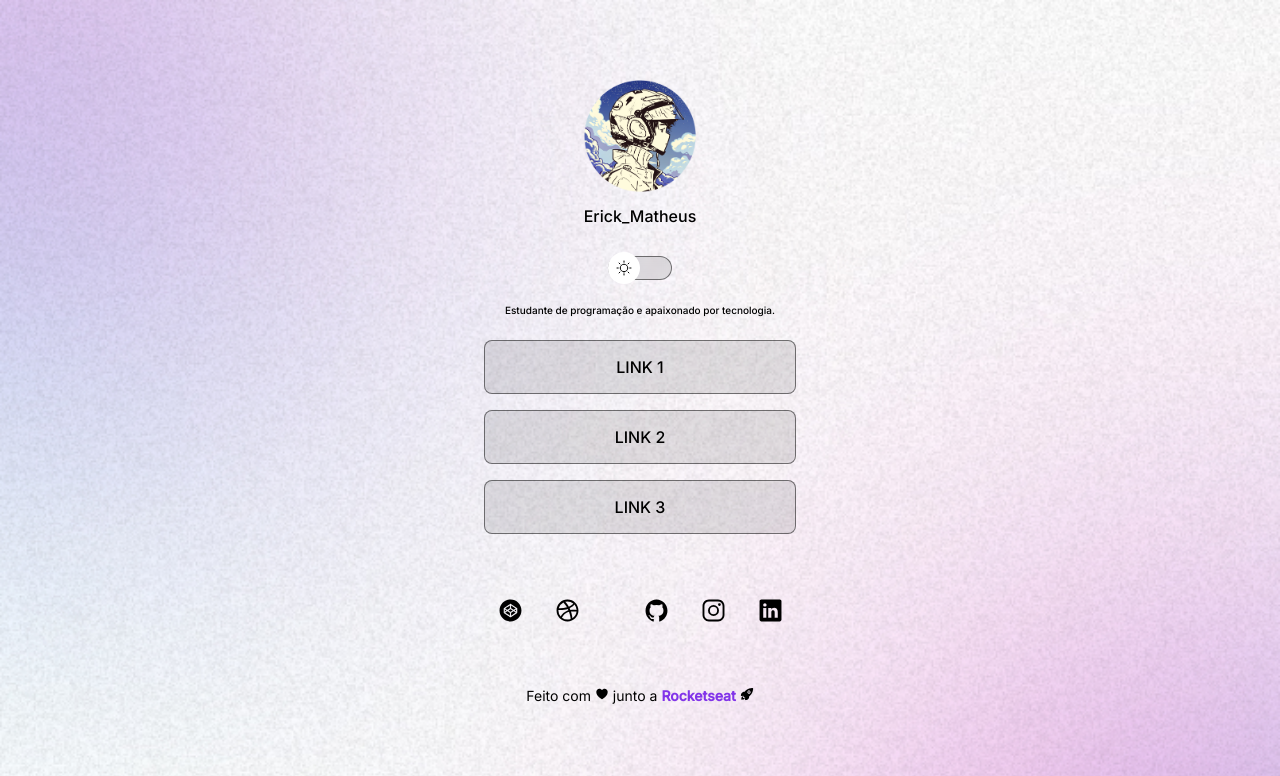
Repository: e-rickmatheus/project_dev_links
Page: index.html
These files come from the project's save history. The page is drawn as it stood at one moment and after a run of saves; the edit follows.
The browser window is 1280 px wide. The pictures show the whole page.

Above is the page before, as saved 2025-04-11 17:42:28.

### index.html
<!DOCTYPE html>
<html lang="pt-BR" class="light-theme">
<head>

<link rel="preconnect" href="https://fonts.googleapis.com">
<link rel="preconnect" href="https://fonts.gstatic.com" crossorigin>
<link href="https://fonts.googleapis.com/css2?family=Inter:wght@400;500&display=swap" rel="stylesheet">
  <meta charset="UTF-8">
  <meta name="viewport" content="width=device-width, initial-scale=1.0">
  <title>DEV_ Links</title>
  <link rel="stylesheet" href="./style.css">
  <a></a>
</head>
<body>

  <div id="container">
    <div id="profile">
      <img id="avatar" src="./assets/avatar-pilot-day.png" alt="avatar-light">
      <p>Erick_Matheus</p>
    </div>
    <div id="switch" onclick= "toggleTheme()">
      <button></button>
      <span></span>
    </div>
     <br>
    <div id="description">

      Estudante de programação e apaixonado por tecnologia.

    </div>
  <ul>
    <li>
      <a href="#" target="_blank">LINK 1</a>
    </li>
    <li>
        <a href="#" target="_blank">LINK 2 </a>
    </li>
    <li>
        <a href="#" target="_blank">LINK 3</a>
    </li>
  </ul>
  <div id="social-links">
    <!-- <ion-icon name="logo-behance"></ion-icon> -->
    <a href="https://codepen.io/erick_matheus" target="_blank">
      <ion-icon name="logo-codepen"></ion-icon>
    </a>

    <a href="https://dribbble.com/erick_matheus" target="_blank">
      <ion-icon name="logo-dribbble"></ion-icon>
    </a>

        <a href="https://duolingo.com/profile/fuckyeahrick" target="_blank">
    <a href="https://github.com/e-rickmatheus" target="_blank">
      <ion-icon name="logo-github"></ion-icon>
    </a>

    <a href="https://instagram.com/fuckyeahrick" target="_blank">
      <ion-icon name="logo-instagram"></ion-icon>
    </a>

    <a href="https://linkedin.com/in/e-rickmatheus/" target="_blank">
      <ion-icon name="logo-linkedin"></ion-icon>
    </a>


    <!-- <ion-icon name="logo-medium"></ion-icon> -->
    <!-- <ion-icon name="logo-whatsapp"></ion-icon> -->
  </div>

  <footer>
    Feito com <ion-icon name="heart"></ion-icon>
    junto a <a id="rocketseat" href="https://rocketseat.com.br/" target="_blank">Rocketseat</a>   <ion-icon name="rocket"></ion-icon>
  </footer>
  </div>

<script type="module" src="https://cdn.jsdelivr.net/npm/ionicons@7.1.0/dist/ionicons/ionicons.esm.js"></script>
<script nomodule src="https://cdn.jsdelivr.net/npm/ionicons@7.1.0/dist/ionicons/ionicons.js"></script>
<script src="./script.js"></script>
</body>

</html>

### style.css
* {  /* *: todos os elementos */
  margin: 0;
  padding: 0;
  box-sizing: border-box; /* border-box: altura e largura do elemento é o mesmo que o tamanho definido */

}


:root {
  --text-color: white; /* cor do texto */
  --bg-url: url(./assets/bg-mobile.jpg); /* url da imagem de fundo */
  --stroke-color: rgba(255, 255, 255, 0.5); /* cor do contorno */
  --surface-color: rgba(255, 255, 255, 0.1); /* cor da superfície */
  --surface-color-hover: rgba(255, 255, 255, 0.2); /* cor da superfície ao passar o mouse */
  --social-links-color-hover: rgba(255, 255, 255, 0.2); /* cor do link ao passar o mouse */
  --switch-thema-url: url(./assets/moon-stars.svg);
}

.light-theme { /* tema claro */
  --text-color: black; /* cor do texto */
  --bg-url: url(./assets/bg-mobile-light.jpg); /* url da imagem de fundo */
  --stroke-color: rgba(0, 0, 0, 0.5); /* cor do contorno */
  --surface-color: rgba(0, 0, 0, 0.1); /* cor da superfície */
  --surface-color-hover: rgba(0, 0, 0, 0.2); /* cor da superfície ao passar o mouse */
  --social-links-color-hover: rgba(0, 0, 0, 0.2); /* cor do link ao passar o mouse */
  --switch-thema-url: url(./assets/sun.svg);
}

html, body {
  height: 100%; /* altura do html e body */
  width: 100%; /* largura do html e body */
}

body { /* body: corpo do documento */
  /*
  background-image: url(./assets/bg-mobile.jpg);
  background-repeat: no-repeat;
  background-position: top center;
  background-size: cover;
  */

  /* BACKGROUND GRADIENT
   background-image:  linear-gradient(
        45deg,
        hsl(201deg 37% 81%) 0%,
        hsl(202deg 39% 77%) 8%,
        hsl(204deg 40% 72%) 17%,
        hsl(206deg 41% 68%) 25%,
        hsl(207deg 42% 64%) 33%,
        hsl(209deg 42% 60%) 41%,
        hsl(210deg 42% 56%) 50%,
        hsl(212deg 41% 53%) 58%,
        hsl(214deg 41% 49%) 66%,
        hsl(217deg 45% 46%) 75%,
        hsl(219deg 48% 43%) 83%,
        hsl(223deg 50% 40%) 92%,
        hsl(228deg 51% 38%) 100%
    );
    */
    background-repeat: no-repeat; /* repetição da imagem */
    background-position: top center; /* posição da imagem */
    background-size: 100% 100%; /* tamanho da imagem */
  background: var(--bg-url) no-repeat top center/cover;
  /* background: cor imagem repetição posição/tamanho */
}

body * { /* todos os elementos dentro do body */
  font-family: 'Inter', sans-serif;
  color: var(--text-color); /* cor do texto */


}

#container {
  width:  360px;
  margin: 56px auto 0px;
  display: block;
  padding: 0 24px;
}

/*PROFILE*/
#profile {
  text-align: center;
  padding: 24px;
}

#profile img {
  width: 112px;
}

#profile p {
  font-weight: 500;
  line-height: 24px;
  margin-top: 8px;
}

/*SWITCH*/
/* teste
<i class="bi bi-sun-fill"></i>
<i class="bi bi-moon-stars-fill"></i> */
#switch{
  position: relative;
  width: 64px;
  height: 24px;
  margin: 4px auto;

}

#switch button {
  width: 32px;
  height: 32px;
  background: white  var(--switch-thema-url) no-repeat center;
  border: 0;
  border-radius: 50%;
  top: 50%;
  position: absolute;

  z-index: 1;
  transform: translateY(-50%);
}

.light-theme #switch button{
  right: initial;
  left: 5;
}

.dark-theme #switch button{
  right: 0;
  left: inherit;
}

#switch span {
  display: block;
  width: 64px;
  height: 24px;
  background: var(--surface-color);
  border: 1px solid var(--stroke-color);
  backdrop-filter: blur(4px);
  -webkit-backdrop-filter: blur(4px);
  border-radius: 9999px;
}

#description {
  text-align: center;
  font-size: 10px;
  font-weight: 500;


}

/*links*/
ul { /* ul: lista não ordenada */
  list-style: none;
  display: flex;
  flex-direction: column;
  gap: 16px;
  padding: 24px 0;
}

ul li a { /* a: link */
  display: flex;
  justify-content: center;
  align-items: center;
  padding: 16px 24px;
  background: var(--surface-color);
  border: 1px solid var(--stroke-color);
  border-radius: 8px;
  backdrop-filter: blur (4px);
  -webkit-backdrop-filter: blur (4px);

  text-decoration: none;
  font-weight: 500;

  transition: background 0.2s;
}

ul li a:hover { /* quando o mouse estiver em cima do link */
  background: var(--surface-color-hover);
  border: 1.5px solid var(--text-color);
}


/*SOcial Links*/
#social-links {
  display: flex;
  justify-content: center;
  padding: 24px 0;
  font-size: 25px
}

#social-links a { /* a: link */
  display: flex;
  justify-content: center;
  align-items: center;
  padding: 16px;
  transition: background 0.2s;
  border-radius: 50%;
}

#social-links a:hover { /* quando o mouse estiver em cima do link */
  background: var(--social-links-color-hover);

}

footer {
  text-align: center;
  padding: 24px 0;
  font-size: 14px;
}

#rocketseat {
  color: rgb(130 52 233);
  text-decoration: none;
  font-weight: bold;
  transition: color 0.5s;
}

#rocketseat:hover { /* quando o mouse estiver em cima do link */
  color: white;
  text-decoration: underline;
  background:  rgb(130 52 233);
  transition: color 0.5s;
  margin: 1px 1px;
  padding: 4px 4px;
  border-radius: 4px;

}

### script.js
function toggleTheme() {
  const html = document.documentElement

  if (html.classList.contains("light-theme")) {
    html.classList.remove("light-theme")
    html.classList.add("dark-theme")
  } else {
    html.classList.remove("dark-theme")
    html.classList.add("light-theme")
  }

 const img = document.querySelector("#profile img")
 if (html.classList.contains("light-theme")) {
   img.setAttribute("src", "./assets/avatar-pilot-day.png")
 } else {
   img.setAttribute("src", "./assets/avatar-pilot-night.png")
 }
}

After the next 3 saves:
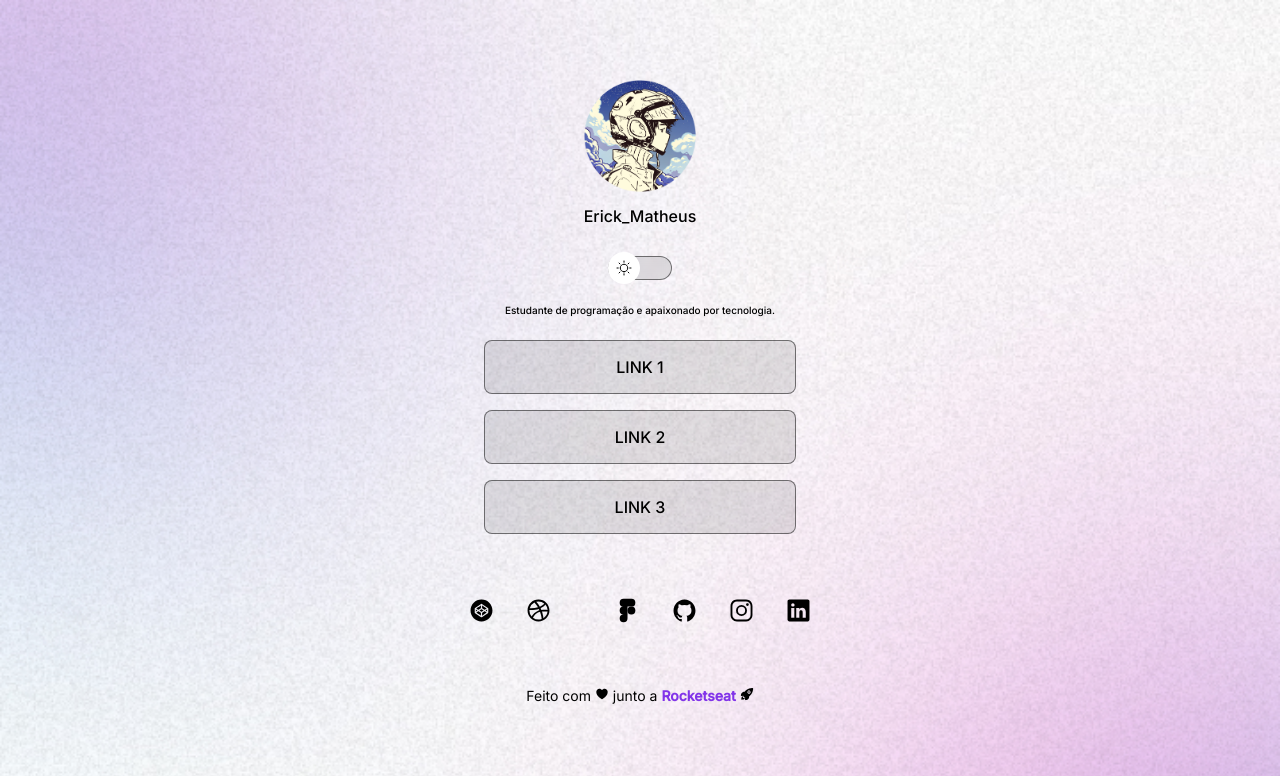
The 3 saves are shown as one change because they came seconds apart.
The last was saved 11 s later.
--- a/index.html
+++ b/index.html
@@ -50,6 +50,9 @@
     </a>
 
         <a href="https://duolingo.com/profile/fuckyeahrick" target="_blank">
+    <a href="https://figma.com/@erick_matheus" target="_blank">
+      <ion-icon name="logo-figma"></ion-icon>
+    </a>
     <a href="https://github.com/e-rickmatheus" target="_blank">
       <ion-icon name="logo-github"></ion-icon>
     </a>
